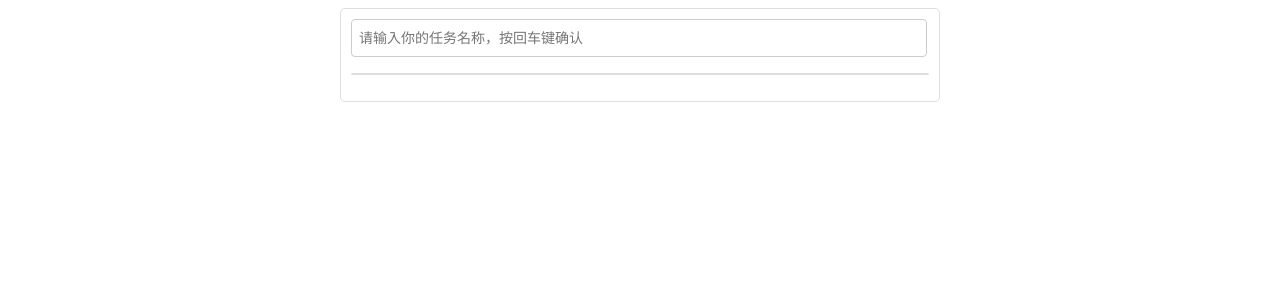
Repository: weiqsctj/TodoList
Page: /
The author's editor kept a copy of each file at every save. The page is drawn from the files as they stood at one save, then again after a run of saves.
The browser window is 1280 px wide. The pictures show the whole page.
The project was rebuilt for these pictures with package versions that can differ from the ones it lists, and the page was loaded fresh each time. Also part of the build but not shown: vue.config.js, src/components/MyItem.vue.

Above is the page before, as saved 2022-01-06 16:49:49.

### public/index.html
<!DOCTYPE html>
<html lang="">
  <head>
    <meta charset="utf-8">
    <meta http-equiv="X-UA-Compatible" content="IE=edge">
    <meta name="viewport" content="width=device-width,initial-scale=1.0">
    <link rel="icon" href="<%= BASE_URL %>favicon.ico">
    <title><%= htmlWebpackPlugin.options.title %></title>
  </head>
  <body>
    <noscript>
      <strong>We're sorry but <%= htmlWebpackPlugin.options.title %> doesn't work properly without JavaScript enabled. Please enable it to continue.</strong>
    </noscript>
    <div id="app"></div>
    <!-- built files will be auto injected -->
  </body>
</html>

### src/main.js
//引入Vue
import Vue from 'vue'
//引入App
import App from './App.vue'
//关闭Vue的生产提示
Vue.config.productionTip = false

//创建vm
new Vue({
	el:'#app',
	render: h => h(App),
	beforeCreate(){
		Vue.prototype.$bus == this
	}
})

### src/App.vue
<template>

	<div id="root">
		<div class="todo-container">
			<div class="todo-wrap">
				<MyHeader :addTodo="addTodo"/>
				<MyList :todos="todos"/>
				<!-- :checkTodo="checkTodo" :deleteTodo="deleteTodo" -->
				<MyFooter :todos="todos" :checkAllTodo="checkAllTodo" :clearAllTodo="clearAllTodo"/>
			</div>
		</div>
	</div>

</template>

<script>
	import MyHeader from './components/MyHeader'
	import MyList from './components/MyList'
	import MyFooter from './components/MyFooter.vue'

	export default {
		name:'App',
		components:{MyHeader,MyList,MyFooter},
		data() {

			return {
				//由于todos是MyHeader组件和MyFooter组件都在使用，所以放在App中（状态提升）
				todos:JSON.parse(localStorage.getItem('todos')) || [ ]

			}

		},
		methods: {
			//添加一个todo
			addTodo(todoObj){
				this.todos.unshift(todoObj)
			},
			//勾选or取消勾选一个todo
			checkTodo(id){
				this.todos.forEach((todo)=>{
					if(todo.id === id) todo.done = !todo.done
				})
			},
			//删除一个todo
			deleteTodo(id){
				this.todos = this.todos.filter( todo => todo.id !== id )
			},
			//全选or取消全选
			checkAllTodo(done){
				this.todos.forEach((todo)=>{
					todo.done = done
				})
			},
			//清除所有已经完成的todo
			clearAllTodo(){
				this.todos = this.todos.filter((todo)=>{
					return !todo.done
				})
			}
		},
		watch:{
			todos(value){
				localStorage.setItem('todos',JSON.stringify(value))
			}
		}
	}
</script>

<style>
	/*base*/
	body {
		background: #fff;
	}
	.btn {
		display: inline-block;
		padding: 4px 12px;
		margin-bottom: 0;
		font-size: 14px;
		line-height: 20px;
		text-align: center;
		vertical-align: middle;
		cursor: pointer;
		box-shadow: inset 0 1px 0 rgba(255, 255, 255, 0.2), 0 1px 2px rgba(0, 0, 0, 0.05);
		border-radius: 4px;
	}
	.btn-danger {
		color: #fff;
		background-color: #da4f49;
		border: 1px solid #bd362f;
	}
	.btn-edit {
		color: #fff;
		background-color: #28ecfa;
		border: 1px solid #2f44bd;
	}
	.btn-danger:hover {
		color: #fff;
		background-color: #bd362f;
	}
	.btn:focus {
		outline: none;
	}
	.todo-container {
		width: 600px;
		margin: 0 auto;
	}
	.todo-container .todo-wrap {
		padding: 10px;
		border: 1px solid #ddd;
		border-radius: 5px;
	}
</style>

### src/components/MyHeader.vue
<template>
	<div class="todo-header">
		<input type="text" placeholder="请输入你的任务名称，按回车键确认" v-model="title" @keyup.enter="add"/>
	</div>
</template>

<script>
	import {nanoid} from 'nanoid'

	export default {
		name:'MyHeader',
		//接收从App传递过来的addTodo
		props:['addTodo'],

		data() {
			return {
				//收集用户输入的title
				title:''

			}
		},
		methods: {
			add(){
				//校验数据
				if(!this.title.trim()) return alert('输入不能为空')
				//将用户的输入包装成一个todo对象
				const todoObj = {id:nanoid(),title:this.title,done:false}
				//通知App组件去添加一个todo对象
				this.addTodo(todoObj)
				//清空输入
				this.title = ''
			}
		},
	}
</script>

<style scoped>
	/*header*/
	.todo-header input {
		width: 560px;
		height: 28px;
		font-size: 14px;
		border: 1px solid #ccc;
		border-radius: 4px;
		padding: 4px 7px;
	}

	.todo-header input:focus {
		outline: none;
		border-color: rgba(82, 168, 236, 0.8);
		box-shadow: inset 0 1px 1px rgba(0, 0, 0, 0.075), 0 0 8px rgba(82, 168, 236, 0.6);
	}
</style>

### src/components/MyList.vue
<template>
	<ul class="todo-main">
		<MyItem
			v-for="todoObj in todos"
			:key="todoObj.id"
			:todo="todoObj"
			:checkTodo="checkTodo"
			:deleteTodo="deleteTodo"
		/>
	</ul>
</template>

<script>
	import MyItem from './MyItem'

	export default {
		name:'MyList',
		components:{MyItem},
		//声明接收App传递过来的数据，其中todos是自己用的，checkTodo和deleteTodo是给子组件MyItem用的
		props:['todos','checkTodo','deleteTodo']
	}
</script>

<style scoped>
	/*main*/
	.todo-main {
		margin-left: 0px;
		border: 1px solid #ddd;
		border-radius: 2px;
		padding: 0px;
	}

	.todo-empty {
		height: 40px;
		line-height: 40px;
		border: 1px solid #ddd;
		border-radius: 2px;
		padding-left: 5px;
		margin-top: 10px;
	}
</style>

### src/components/MyFooter.vue
<template>
	<div class="todo-footer" v-show="total">
		<label>
			<input type="checkbox" :checked="isAll" @change="checkAll"/>
			<!-- <input type="checkbox" v-model="isAll"/> -->
		</label>
		<span>
			<span>已完成{{doneTotal}}</span> / 全部{{total}}
		</span>
		<button class="btn btn-danger" @click="clearAll">清除已完成任务</button>
	</div>
</template>

<script>
	export default {
		name:'MyFooter',
		props:['todos','checkAllTodo','clearAllTodo'],
		computed: {
			//总数
			total(){
				return this.todos.length
			},
			//已完成数
			doneTotal(){
				//此处使用reduce方法做条件统计
				/* const x = this.todos.reduce((pre,current)=>{
					console.log('@',pre,current)
					return pre + (current.done ? 1 : 0)
				},0) */
				//简写reduce方法
				// return this.todos.reduce((pre,todo)=> pre + (todo.done ? 1 : 0) ,0)
                //filter方法
				return this.todos.filter(n => n.done).length
			},
			//控制全选框
			isAll:{
				//全选框是否勾选
				get(){
					return this.doneTotal === this.total && this.total > 0
				},
				//isAll被修改时set被调用
				set(value){
					this.checkAllTodo(value)
				}
			}
		},
		methods: {
			checkAll(e){
				this.checkAllTodo(e.target.checked)
			},
			//清空所有已完成
			clearAll(){
				this.clearAllTodo()
			}
		},
    }
</script>

<style scoped>
	/*footer*/
	.todo-footer {
		height: 40px;
		line-height: 40px;
		padding-left: 6px;
		margin-top: 5px;
	}

	.todo-footer label {
		display: inline-block;
		margin-right: 20px;
		cursor: pointer;
	}

	.todo-footer label input {
		position: relative;
		top: -1px;
		vertical-align: middle;
		margin-right: 5px;
	}

	.todo-footer button {
		float: right;
		margin-top: 5px;
	}
</style>

After the next 3 saves:
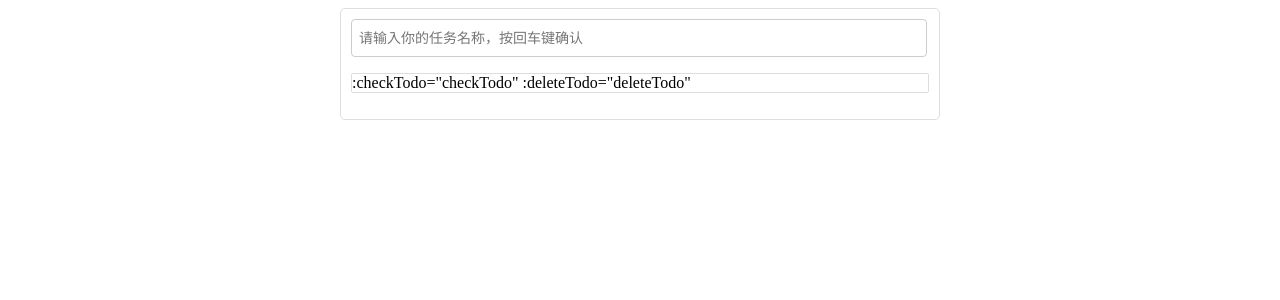
The 3 saves are shown as one change because they came seconds apart.
The last was saved 30 s later.
--- a/src/components/MyList.vue
+++ b/src/components/MyList.vue
@@ -4,9 +4,10 @@
 			v-for="todoObj in todos"
 			:key="todoObj.id"
 			:todo="todoObj"
+			/>
 			:checkTodo="checkTodo"
 			:deleteTodo="deleteTodo"
-		/>
+
 	</ul>
 </template>
 

After the save that followed:
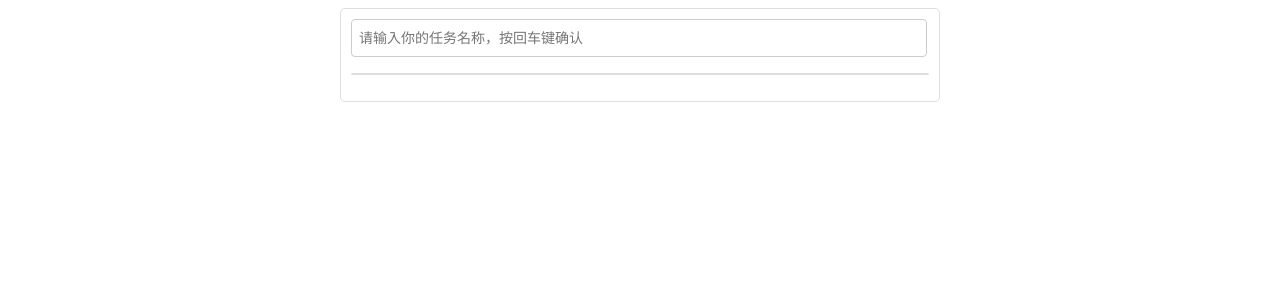
Saved 4 s later.
--- a/src/components/MyList.vue
+++ b/src/components/MyList.vue
@@ -5,8 +5,8 @@
 			:key="todoObj.id"
 			:todo="todoObj"
 			/>
-			:checkTodo="checkTodo"
-			:deleteTodo="deleteTodo"
+			<!-- :checkTodo="checkTodo"
+			:deleteTodo="deleteTodo" -->
 
 	</ul>
 </template>
